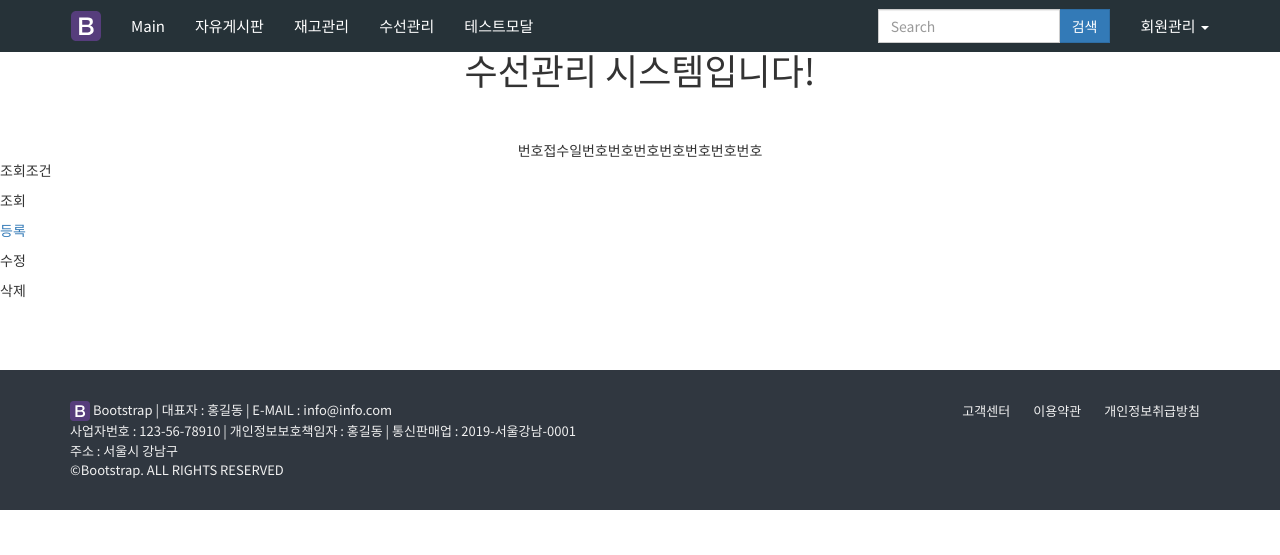
Repository: RattenLegs/Project_Inventory
Page: http://localhost/Project_Inventory/WEB-INF/views/repairboard/repairList.jsp
An editor plug-in stored every save of this project. The page is shown before and after the next save, followed by the edit.
The browser window is 1280 px wide. The pictures show the whole page.
Some web libraries are served in a nearby version. The page is served by Tomcat 9. Nobody is signed in. Other server files are loaded and not shown. The template is opened directly, without the code that normally fills it, so the values that code supplies are empty.

Above is the page before, as saved 2023-02-09 15:54:12.

### Project_Inventory/src/main/webapp/WEB-INF/views/repairboard/repairList.jsp
<%@ taglib uri="http://java.sun.com/jsp/jstl/core" prefix="c"%>
<%@ page session="false"%>
<%@ page language="java" contentType="text/html; charset=UTF-8"
	pageEncoding="UTF-8"%><!-- 한글 깨질때 꼭 해야함 -->
<html>
<head>
<meta charset="UTF-8">
<meta http-equiv="X-UA-Compatible" content="IE=edge">
<meta name="viewport" content="width=device-width, initial-scale=1.0">
<title>수선관리 시스템입니다.</title>
<%@ include file="../../views/include/header.jsp"%>

</head>
<body>
	<section>
		<div style="text-align: center">
			<h1>수선관리 시스템입니다!</h1>
		</div>
	</section>
	<section>
		<div style="text-align: center">
			<!-- 			<p>수선용 테이블이 등장할 예정</p>
			<p>번호 접수일 이름 연락처 디자인 내용 약속일 매장재고일 납품일 비고</p> -->
			<table border="1">

				<thead>
					<tr>번호</tr>
					<tr>접수일</tr>
					<tr>번호</tr>
					<tr>번호</tr>
					<tr>번호</tr>
					<tr>번호</tr>
					<tr>번호</tr>
					<tr>번호</tr>
					<tr>번호</tr>
				</thead>


			</table>
		</div>

		<div>
			<p>조회조건</p>
			<p>조회</p>
			<p>
				<a href="<c:url value='/repairboard/addRepair'/>">등록</a>
			</p>
			<p>수정</p>
			<p>삭제</p>

		</div>
	</section>
	<%@ include file="../../views/include/footer.jsp"%>
</body>

</html>

### Project_Inventory/src/main/webapp/WEB-INF/views/include/header.jsp
<%@ page language="java" contentType="text/html; charset=UTF-8"
	pageEncoding="UTF-8"%>
<%@ taglib uri="http://java.sun.com/jsp/jstl/core" prefix="c"%>

<!DOCTYPE html>
<html>
<head>

<meta charset="utf-8">
<meta http-equiv="X-UA-Compatible" content="IE=edge">
<meta name="viewport" content="width=device-width, initial-scale=1">
<title>인덱스를 만들어 보자</title>

<!--
		${pageContext.request.contextPath} == <c:url value='' />
	 -->

<link
	href="${pageContext.request.contextPath}/resources/css/bootstrap.css"
	rel="stylesheet">
<script
	src="https://ajax.googleapis.com/ajax/libs/jquery/1.11.2/jquery.min.js"></script>
<!--개인 디자인 추가-->
<link href="${pageContext.request.contextPath}/resources/css/style.css"
	rel="stylesheet">
<script
	src="${pageContext.request.contextPath}/resources/js/bootstrap.js"></script>
</head>
<body>
	<header>
		<div class="container-fluid">
			<div class="row">
				<div class="container">
					<div class="navbar">
						<div class="navbar-header">
							<!--data-toggle 같은 것들은 내부적으로 지원하는 반응형 API기능이므로 지우면 안됩니다-->
							<button type="button" class="navbar-toggle"
								data-toggle="collapse" data-target="#myNavbar">
								<span class="icon-bar"></span> <span class="icon-bar"></span> <span
									class="icon-bar"></span>
							</button>
							<a class="navbar-brand" href="#"><img width="30"
								src="${pageContext.request.contextPath }/resources/img/logo.svg"
								alt="Brand"></a>
						</div>


						<div class="collapse navbar-collapse" id="myNavbar">
							<ul class="nav navbar-nav">
								<li class="active"><a href="<c:url value='/' />">Main</a></li>
								<li><a href="<c:url value='/freeboard/freeList' />">자유게시판</a></li>
								<li><a
									href="<c:url value='/inventoryboard/inventoryList' />">재고관리</a></li>
								<li><a href="<c:url value='/repairboard/repairList' />">수선관리</a></li>
							<li><a href="<c:url value='/testModal/testModalMain' />">테스트모달</a></li>
								<!--
				<li><a href="#">강의</a></li>
                                <li><a href="#">Form</a></li>
                                <li><a href="#">Board</a></li>
 				-->

							</ul>
							<ul class="nav navbar-nav navbar-right">
								<li class="dropdown"><a class="dropdown-toggle"
									data-toggle="dropdown" href="#">회원관리 <span class="caret"></span></a>
									<ul class="dropdown-menu">
										<li><a href="<c:url value='/user/userLogin' />"><span
												class="glyphicon glyphicon-log-in"></span>Login</a></li>
										<li><a href="<c:url value='/user/userJoin' />"><span
												class="glyphicon glyphicon-user"></span></a></li>
										<!--                                         <li><a href="#"><span class="glyphicon glyphicon-user"></span>MyPage</a></li> -->
										<li><a href="#"><span
												class="glyphicon glyphicon-log-out"></span>Logout</a></li>
									</ul></li>
							</ul>

							<form class="navbar-form navbar-right" action="">
								<div class="input-group">
									<input type="text" class="form-control" placeholder="Search">
									<div class="input-group-btn">

										<button class="btn btn-primary" type="submit">검색</button>
									</div>
								</div>
							</form>
						</div>
					</div>
				</div>
			</div>
		</div>
	</header>

### Project_Inventory/src/main/webapp/WEB-INF/views/include/footer.jsp
<%@ page language="java" contentType="text/html; charset=UTF-8"
    pageEncoding="UTF-8"%>
    <footer>
        <div class="container">
            <div class="row">
                <div class="col-md-7 col-sm-12">
                    <div class="copyright">
                        <a href="">
                            <img width="20" src="${pageContext.request.contextPath }/resources/img/logo.svg" alt="Brand">
                        </a>
                        Bootstrap | 대표자 : 홍길동 | E-MAIL : info&#64;info.com<br>
                        사업자번호 : 123-56-78910 | 개인정보보호책임자 : 홍길동 | 통신판매업 : 2019-서울강남-0001<br>
                        주소 : 서울시 강남구
                        <address>&copy;Bootstrap. ALL RIGHTS RESERVED</address>
                    </div>
                </div>
                <div class="col-md-5 col-sm-12 text-right">
                    <ul class="footer-menu">
                        <li><a href="#">고객센터</a></li>
                        <li><a href="#">이용약관</a></li>
                        <li><a href="#">개인정보취급방침</a></li>
                    </ul>
                </div>
            </div>
        </div>
    </footer>
    <!-- //footer -->

### Project_Inventory/src/main/webapp/resources/css/style.css
/*=========웹폰트 선언=========*/
@import
	url('https://fonts.googleapis.com/css?family=Noto+Sans+KR&display=swap')
	;
/*===========================*/

/*디자인 시작시 기본 선언*/
* { /* 기본선언: 마딩, 패딩 0, 요소크기에 padding, border값을 포함 x*/
	padding: 0;
	margin: 0;
	box-sizing: border-box;
}

body, html {
	width: 100%;
	min-width: 320px;
	font-family: 'Noto Sans KR', sans-serif; /*웹폰트 사용*/
}

img {
	max-width: 100%; /*사이즈가 변해도 넓이를 유지 */
	height: auto; /*사이즈가 변해도 높이를 유지 */
	/*vertical-align: top;*/
}

input, textarea, button, select {
	/*고유하게 적용되어있는 form관련 요소들을 제거해서 여러브라우저에서 동일한디자인을 얻게함*/
	-webkit-appearance: none;
	-moz-appearance: none;
	appearance: none;
	border: none
}

ul, ol, dl, li {
	list-style: none /*순서 요소들이 리스트스타일을 업앤다 */
}

.btn {
	border-radius: 0px;
}

/*=========헤더=========*/
.carousel-control.right, .carousel-control.left {
	background-image: linear-gradient(to right, rgba(0, 0, 0, .0001) 0%,
		rgba(0, 0, 0, 0) 100%)
}
header {
	position: fixed;
	left: 0;
	top: 0;
	width: 100%;
	z-index: 50; /*position을 이용하면 요소가 겹쳐질 수 있다. 숫자가 제일 높은값이 위로 떠오른다*/
}
header {
	background: #263238;
}

section {
	margin-top: 50px;
}

/*header 의 모든 컨테이너 클래스에 적용함 */
header .container {
	padding: 0;
}
/*navbar의 margin: 0으로 */
.navbar {
	margin-bottom: 0px;
}
/*이미지 위치 조정 */
.navbar-brand {
	padding: 10px 15px;
}
/*nav의 a변경*/
.nav>li>a {
	font-size: 15px;
	color: white;
}
/*na의 a 호버시 기능 변경 */
.nav>li>a:hover, .nav>li>a:focus {
	background-color: #304047;
}

/* 토글메뉴 윤곽색 변경 */
.navbar-toggle {
	border-color: white;
}

.navbar-toggle>.icon-bar {
	background-color: white;
}
/*개발자도구에서 확인후 색깔변경*/
.nav .open>a:focus {
	background-color: #304047;
}
/*부트스트랩의 드롭다운시 a태그 색상변경  */
.dropdown-menu>li>a {
	color: #f5f5f5;
}
/*======슬라이더=======*/
.slide-list {
	padding: 0;
}
/* ===================================
    Footer style
====================================== */
footer {
	margin-top: 70px;
	background-color: #303740;
	padding: 30px 0;
}

footer .copyright {
	font-size: 13px;
	line-height: 20px;
	color: #f1f1f1;
}

footer .copyright address {
	margin-bottom: 0;
}

footer .footer-menu li {
	display: inline-block;
	padding: 0 10px;
}

footer .footer-menu li a {
	display: block;
	color: #f1f1f1;
	font-size: 13px;
}

/*===========본문=========== */
/*섹션전체에 패딩 추가*/
section {
	/*위 60px 나머지 0 */

}

.prod-list, .prod-link {
	border: 1px solid #ddd; /*윤곽 1, 한줄, 색상 */
	display: block; /* 블락요소로 변경 반드시 필요 */
	text-align: center; /*이미지 가운데 정렬*/
	/* position: relative;*/
}
/*기본 부트설정은 좌우 15px임 -> col에 대해 전부 5px로 바꿔버린다*/
.prod-list, .prod-list>li[class*="col-"] {
	padding: 5px;
}

/*호버기능 추가*/
.prod-link:hover {
	border-color: #4285F4;
}

.prod-link>.arrow {
	display: block; /*span은 인라인 요소입니다 인라인요소는 position속성을 사용할수 없습니다*/
	position: absolute;
	/*원래 위치에서 따로 띠어내어 부모위치로 조정한다 width, heigth를 필수로 지정해야한다*/
	left: 15px; /*좌우 위치조정 left, right 중 한개만쓴다*/
	bottom: 15px; /*위아래 위치조정 top, bottom 중한개만 쓴다 */
	width: 36px; /* 넓이값 조정 */
	height: 36px; /* 높이값 조정*/
	line-height: 36px; /*텍스트가 위치에 맞게 높이와 동일하게 설정 */
	background-color: #ccc;
	color: #fff;
	opacity: 1; /*투명도*/
}
/* .hover클래스의 넓이 색상 투명도*/
.prod-link>.hover {
	width: 100px;
	background-color: #4285F4;
	opacity: 0;
}
/*link호버시 arrow클래스를 투명도 0*/
.prod-link:hover>.arrow {
	opacity: 0;
}
/*link호버시 hover클래스를 투명도 1*/
.prod-link:hover>.hover {
	opacity: 1;
}

/*========회원가입 폼 디자인=========*/
/*제목박스(계속사용) */
.titlebox {
	width: 250px;
	text-align: center;
	height: 40px;
	line-height: 40px;
	margin: 70px auto;
	border-top: 1px solid #E1E1E1;
	border-bottom: 1px solid #E1E1E1;
}

.join-form {
	margin: 0 auto;
	/*가운대 정렬방법 하지만 적용되지 않는다. 이유는 col클래스들이 float:left를 들고 있기 때문*/
	float: none; /*플롯을 해제한다. 가운대정렬이 들어간다*/
}
/*조인폼클래스의 form태그의 접근 */
.join-form form {
	border-radius: 8px; /*윤곽 8*/
	padding: 15px; /*모든 패딩 15*/
	/*박스 쉐도우: 그림자가 가로로떨어진간격, 세로로떨어진 간격, 흐릿정도, 그림자색상*/
	box-shadow: 0px 8px 16px rgba(0, 0, 0, 0.15)
}

.input-group-addon {
	padding: 0;
	border: none; /*윤곽 모두 0*/
	border-radius: 0;
}
/*폼컨트롤, 인풋그룹 내부에 모든 버튼 라디우스 0 */
.form-control, .form-group .btn {
	border-radius: 0;
}
/*포커스시 윤곽 색 변경*/
.form-control:focus {
	border-color: #555;
}
/* 핸드폰폼 디자인 */
.input-group .phone1 {
	width: 33.3333%;
}

.input-group .phone2 {
	width: 66.6666%;
}
/*이메일폼 디자인 */
.email-form {
	box-sizing: border-box;
	overflow: hidden;
}

.email-form input {
	width: 33.33%;
	float: left;
}

.email-form select {
	width: 66.66%;
	float: left;
}
/*=========로그인 디자인==========*/
.login-form {
	margin: 0 auto;
	float: none;
}

.login-form form {
	border-radius: 8px; /*윤곽 8*/
	padding: 70px 120px; /*위아래, 좌우*/
	/*박스 쉐도우: 그림자가 가로로떨어진간격, 세로로떨어진 간격, 흐릿정도, 그림자색상*/
	box-shadow: 0px 8px 16px rgba(0, 0, 0, 0.15);
	margin-bottom: 174px; /*화면에 딱맞게 밀어준다*/
}

/*========회원정보 디자인=========*/
.m-control .m-title {
	min-width: 100px; /*화면줄었을때 최소크기*/
	vertical-align: middle; /*가운대 정렬*/
}

.m-control .form-control {
	width: 200px;
	display: inline; /*인라인요소로 변경한다*/
}
/*개발자 도구에서 input-sm의 정렬을 푼다*/
.m-control .input-sm {
	height: auto;
	line-height: normal;
}
/*sel의 크기만 지정*/
.m-control  .sel {
	width: 80px;
}

.m-control .add {
	width: 400px;
}

.titlefoot {
	text-align: center; /*인라인의 텍스트정렬 가운데*/
	margin: 30px auto; /*박스의 가운데정렬*/
	width: 50%; /*크기 50%*/
}

/*==========자게 디자인==========*/
.titlebox {
	width: 250px;
	text-align: center;
	height: 40px;
	line-height: 40px;
	margin: 70px auto;
	border-top: 1px solid #E1E1E1;
	border-bottom: 1px solid #E1E1E1;
}
/*자게 그리드*/
.board-table {
	float: none; /*col의 플로팅 해제 */
	margin: 0 auto;
}
/*---검색버튼--- */
.search-wrap {
	overflow: hidden; /*부모요소에 히든 */
	margin-bottom: 20px;
}

.search-btn, .search-input, .search-select {
	float: right; /*우측 플로팅 */
}

.search-input {
	width: 140px;
}

.search-select {
	width: 80px;
}

/*제목에 클래스를 줘서 강제로 크기 고정*/
.board-title {
	width: 300px;
}
/*th의 순차적 접근 색상변경 */
.table-bordered>thead>tr>th {
	background-color: #E7F2F9;
	color: #003366;
}

/*테이블 안에 a태그에 순차적 접근 */
.table-bordered>tbody>tr>td>a, .table-bordered>tbody>tr>td>a:hover {
	color: black;
}

.pagination {
	margin: 0; /*페이지 네이션의 기본 마진 0*/
}

.text-center .btn {
	float: right; /*오른쪽으로 쌓아서 우측정렬 시킨다*/
	border: 0; /*border스타일 해제*/
	border-radius: 0; /*윤곽 0*/
	padding: 5px 10px; /*버튼 패딩을 페이지네이션과 맞춘다*/
}

/*==========자게 글쓰기==========*/
.titlebox {
	width: 250px;
	text-align: center;
	height: 40px;
	line-height: 40px;
	margin: 70px auto;
	border-top: 1px solid #E1E1E1;
	border-bottom: 1px solid #E1E1E1;
}

.t-control .t-title {
	width: 100px;
	min-width: 100px; /*화면줄었을때 최소크기*/
	vertical-align: middle; /*테이블에서 세로 가운대정렬*/
}

/*input 요소의 넓이만 선택*/
.t-control input {
	width: 200px;
	display: inline; /*인라인요소로 변경한다*/
}

/*개발자 도구에서 input-sm의 정렬을 푼다*/
.t-control .input-sm {
	height: auto;
	line-height: normal;
}
/*td의 아래만 밑줄*/
.t-control td {
	border-bottom: 1px solid #E1E1E1;
}

.titlefoot {
	text-align: center;
	margin: 30px auto; /*박스의 가운데정렬*/
	width: 50%; /*크기 50%*/
}
/*==========자게 상세보기==========*/
.write-wrap {
	margin: 0 auto;
	/*가운대 정렬방법 하지만 적용되지 않는다. 이유는 col클래스들이 float:left를 들고 있기 때문*/
	float: none; /*플롯을 해제한다. 가운대정렬이 들어간다*/
}
/*=======댓글========*/
.reply-wrap {
	background-color: #f5f5f5;
	padding: 15px;
	border: 1px solid #ddd;
	position: relative; /*부모에 relative*/
}

.reply-wrap .reply-image {
	position: absolute; /*자식에서 absolute로 부모요소 위치로 조정*/
	left: 15px;
	top: 15px;
}

.reply-wrap .reply-content {
	padding-left: 60px;
}
/*부트스트랩의 form-control 조정 */
.reply-content>.form-control {
	resize: vertical; /*세로로만 조정가능*/
	width: 100%; /*최대 100%*/
	min-height: 80px; /*최대 넓이*/
	margin-bottom: 10px;
}

.reply-input>.form-control {
	width: 200px;
	margin-bottom: 5px;
}

.reply-group {
	overflow: hidden;
}

.reply-input {
	float: left;
}

.reply-group .right {
	float: right;
}

/*댓글 영역*/
.reply-group small {
	margin-left: 10px;
	height: 20px;
	line-height: 20px;
}

.reply-group small, .reply-group strong {
	float: left;
}

.reply-group a {
	text-decoration: none;
	color: #777;
	float: right;
}
/*댓글창 포커스시 서서히 보이기 */
.reply-content textarea {
	height: 50px;
	transition: height .4s ease-in-out;
}

.reply-content textarea:focus {
	height: 150px;
}
/*==========토글탭 mypage==========*/
.tabs-style {
	background-color: #607D8B;
}
/*탭버튼 아래 마진 50*/
.tabs-style {
	margin-bottom: 50px;
}

.tabs-style>li {
	margin-bottom: 0;
}

.tabs-style li a {
	background-color: #607D8B;
	border: none;
	margin: 0;
	border-radius: 0px;
}

.tabs-style li.active a, .tabs-style li.active a:hover, .tabs-style li.active a:focus
	{
	border: none;
	background-color: #56707D;
	color: #fff;
}

.myInfo {
	margin: 0 auto;
	float: none;
}

.myInfo-inner {
	margin: 0;
	float: none;
}

/*==========mypage check==========*/
.infoCheck {
	margin: 0 auto;
	float: none;
}

.infoCheck-form ul {
	width: 270px;
	margin: 0 auto;
}

.infoCheck-form li {
	position: relative;
	padding-left: 95px;
}

.infoCheck-form li .lab {
	font-size: 20px;
	position: absolute;
	top: 0;
	left: 0;
}

.infoCheck-form input {
	width: 170px;
	margin: 0;
}

.infoCheck .alert {
	margin-bottom: 50px;
	border-radius: 0;
}

.infoCheck-btn {
	width: 270px;
	margin-top: 40px;
	margin: 0 auto;
}

.infoCheck-btn button {
	margin-top: 20px;
	padding: 5px 51.5px;
}

### Project_Inventory/src/main/webapp/resources/img/logo.svg
<svg xmlns="http://www.w3.org/2000/svg" viewBox="0 0 612 612" focusable="false" role="img">
  <title>Bootstrap</title>
  <path fill="#563D7C" d="M612 510c0 56.1-45.9 102-102 102H102C45.9 612 0 566.1 0 510V102C0 45.9 45.9 0 102 0h408c56.1 0 102 45.9 102 102v408z"/>
  <path fill="#FFF" d="M166.3 133h173.5c32 0 57.7 7.3 77 22s29 36.8 29 66.5c0 18-4.4 33.4-13.2 46.2-8.8 12.8-21.4 22.8-37.8 29.8v1c22 4.7 38.7 15.1 50 31.2 11.3 16.2 17 36.4 17 60.8 0 14-2.5 27.1-7.5 39.2-5 12.2-12.8 22.7-23.5 31.5s-24.3 15.8-41 21-36.5 7.8-59.5 7.8h-164V133zm62.5 149.5h102c15 0 27.5-4.2 37.5-12.8s15-20.8 15-36.8c0-18-4.5-30.7-13.5-38s-22-11-39-11h-102v98.6zm0 156.5h110.5c19 0 33.8-4.9 44.2-14.8 10.5-9.8 15.8-23.8 15.8-41.8 0-17.7-5.2-31.2-15.8-40.8s-25.2-14.2-44.2-14.2H228.8V439z"/>
</svg>

Loaded but not shown: Project_Inventory/src/main/webapp/resources/css/bootstrap.css (library); Project_Inventory/src/main/webapp/resources/js/bootstrap.js (library)

After the next save:
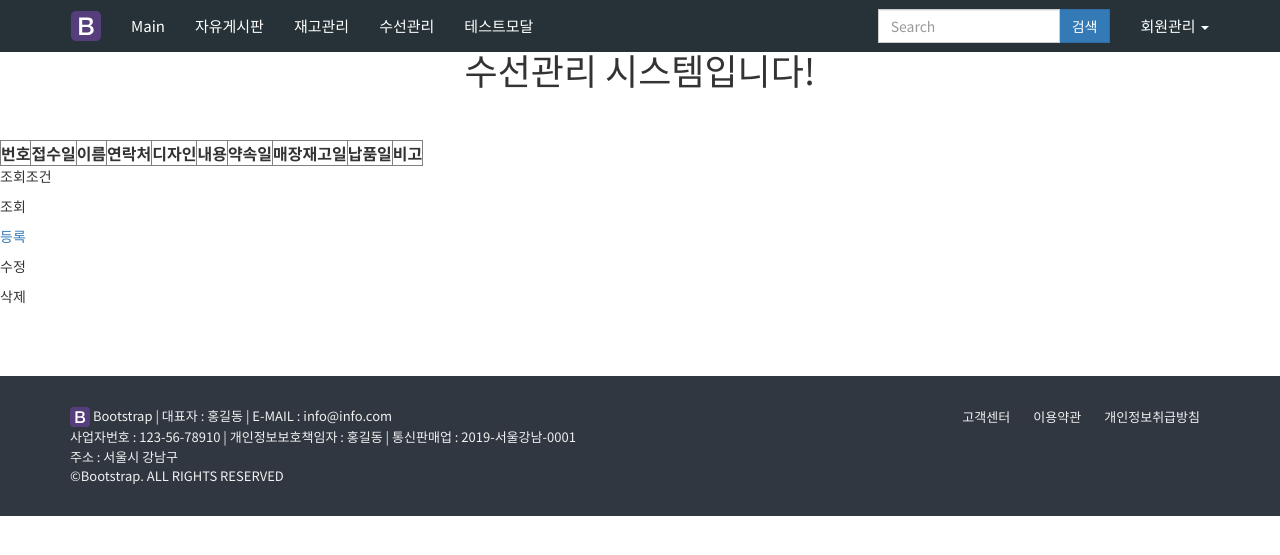
Saved 69 s later.
--- a/Project_Inventory/src/main/webapp/WEB-INF/views/repairboard/repairList.jsp
+++ b/Project_Inventory/src/main/webapp/WEB-INF/views/repairboard/repairList.jsp
@@ -24,15 +24,18 @@
 			<table border="1">
 
 				<thead>
-					<tr>번호</tr>
-					<tr>접수일</tr>
-					<tr>번호</tr>
-					<tr>번호</tr>
-					<tr>번호</tr>
-					<tr>번호</tr>
-					<tr>번호</tr>
-					<tr>번호</tr>
-					<tr>번호</tr>
+					<tr>
+						<th>번호</th>
+						<th>접수일</th>
+						<th>이름</th>
+						<th>연락처</th>
+						<th>디자인</th>
+						<th>내용</th>
+						<th>약속일</th>
+						<th>매장재고일</th>
+						<th>납품일</th>
+						<th>비고</th>
+					</tr>
 				</thead>
 
 
